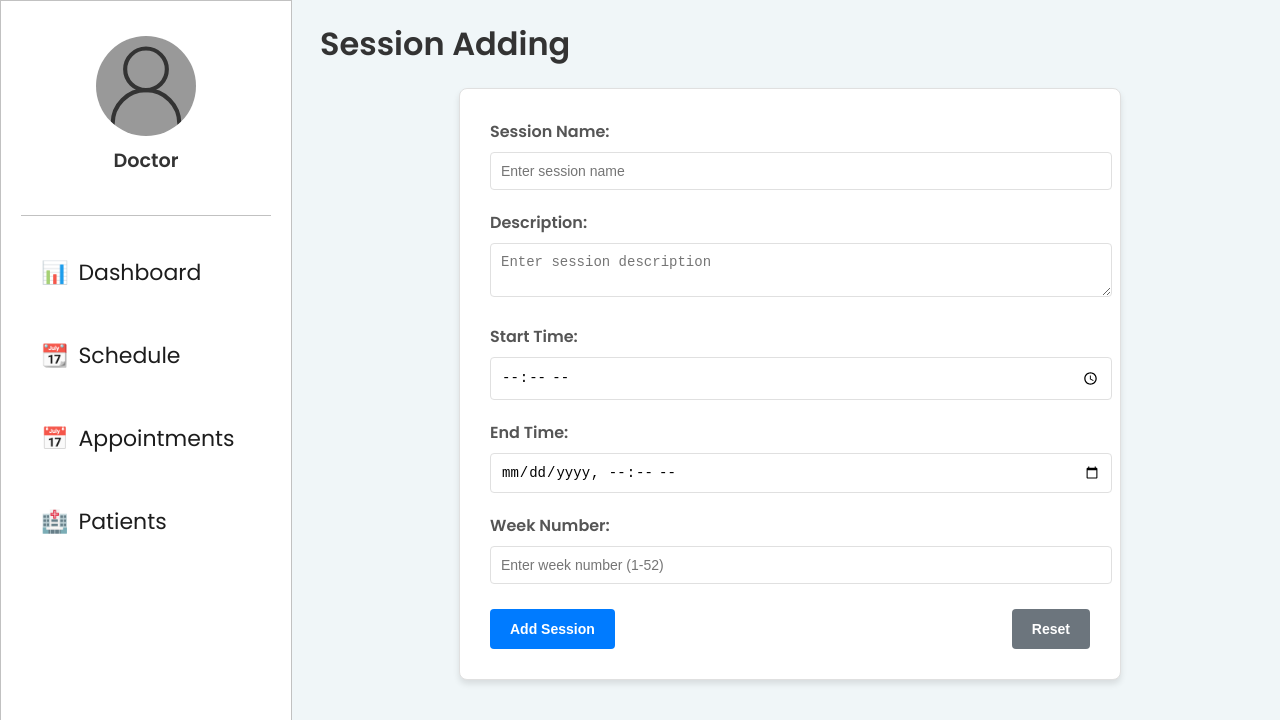
Repository: AriaFantom/Minor-Project
Page: http://localhost/Project/dashboard/doctor/schedule/create.jsp
An editor plug-in stored every save of this project. The page is shown before and after the next save, followed by the edit.
The browser window is 1280 px wide. The pictures show the whole page.
Some web fonts or font styles are not loaded; a fallback is used. The page is served by Tomcat 10.

Above is the page before, as saved 2024-12-12 20:10:53.

After the next save:
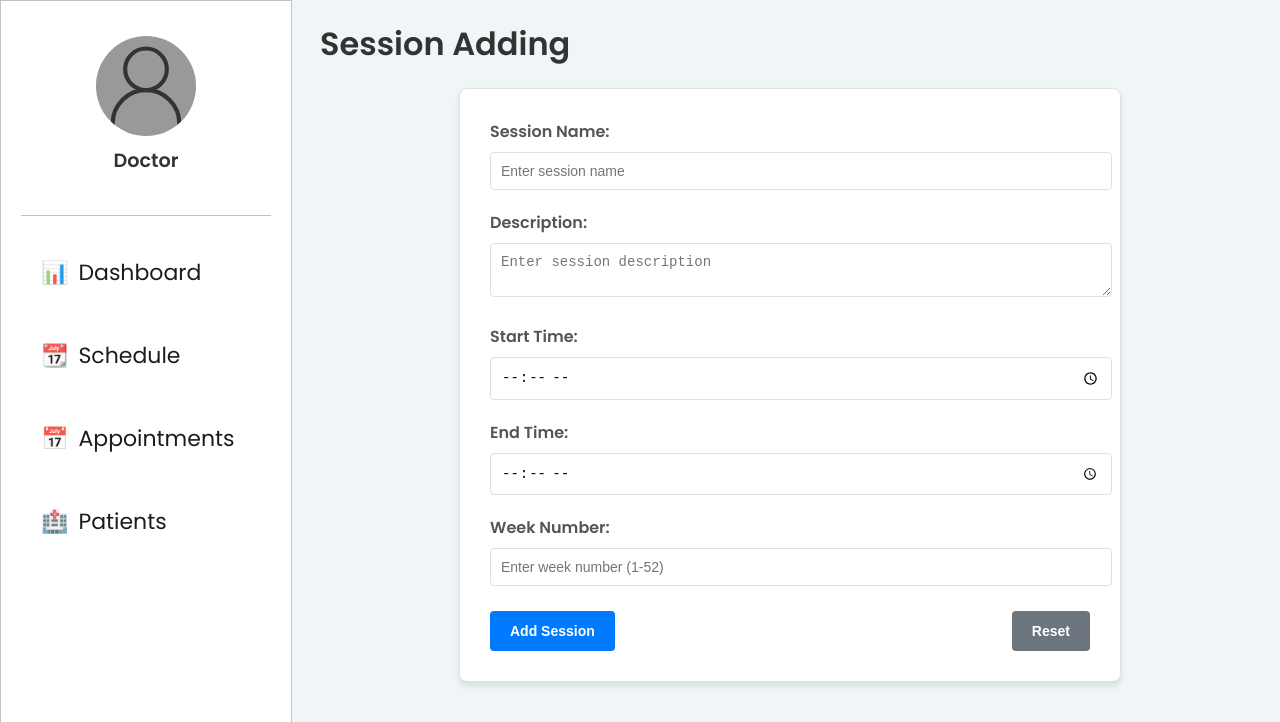
Saved 5 s later.
--- a/Project/src/main/webapp/dashboard/doctor/schedule/create.jsp
+++ b/Project/src/main/webapp/dashboard/doctor/schedule/create.jsp
@@ -78,7 +78,7 @@
 
         <div class="form-group">
             <label for="end_time">End Time:</label>
-            <input type="datetime-local" id="end_time" name="end_time" required>
+            <input type="time" id="end_time" name="end_time" required>
         </div>
 
         <div class="form-group">
